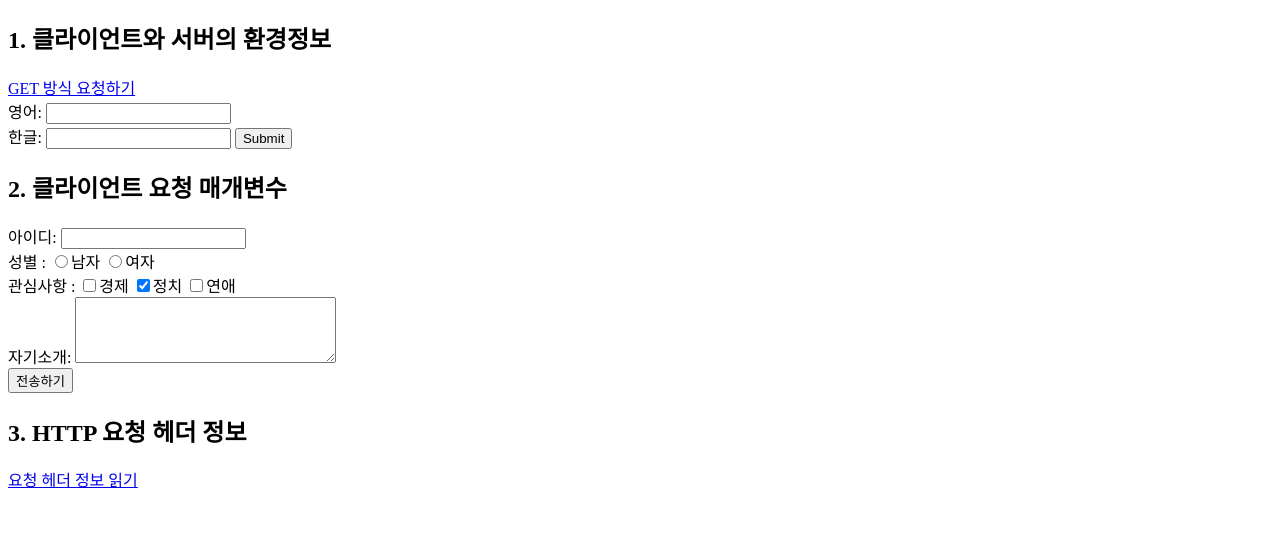
Repository: parkblacksheep/JSP-Servlet
Page: http://localhost/HelloJSP2_2/object/requestMain.jsp
The author's editor kept a copy of each file at every save. The page is drawn from the files as they stood at one save, then again after the next save.
The browser window is 1280 px wide. The pictures show the whole page.
The page is served by Tomcat 9.

Above is the page before, as saved 2024-07-25 02:56:30.

### HelloJSP2_2/src/main/webapp/object/requestMain.jsp
<%@ page language="java" contentType="text/html; charset=UTF-8"
    pageEncoding="UTF-8"%>

<!DOCTYPE html>
<html>
	<head>
		<meta charset="UTF-8">
		<title>Insert title here</title>
	</head>
	<body>
		<h2>1. 클라이언트와 서버의 환경정보 </h2>
		<a href="./requestWebInfo.jsp?eng=Hello&han=안녕"> GET 방식 요청하기</a>
		<br/>
		<form action="requestWebInfo.jsp" method="post">
		영어: <input type="text"><br>
		한글: <input type="text">
		<input type="submit" >
		</form>
		<h2>2. 클라이언트  요청 매개변수 </h2>
		<form action="post" action="requestParameter.jsp">
			아이디: <input type="text" name="id" value=""><br>
			성별 :
				<input type="radio"name="sex" value="man">남자
				<input type="radio"name="sex" value="waman">여자
				<br>
			관심사항 :
				<input type="checkbox" name="favo" value="eco">경제
				<input type="checkbox" name="favo" value="pol" checked>정치
				<input type="checkbox" name="favo" value="ent">연애 <br>
			자기소개:
				<textarea rows="4" cols="30" name="intro"></textarea>
				<br>
				<input type="submit" value="전송하기">
		</form>
		<h2>3. HTTP 요청 헤더 정보</h2>
		<a href="requestHeader.jsp">요청 헤더 정보 읽기</a>
	</body>
</html>

After the next save:
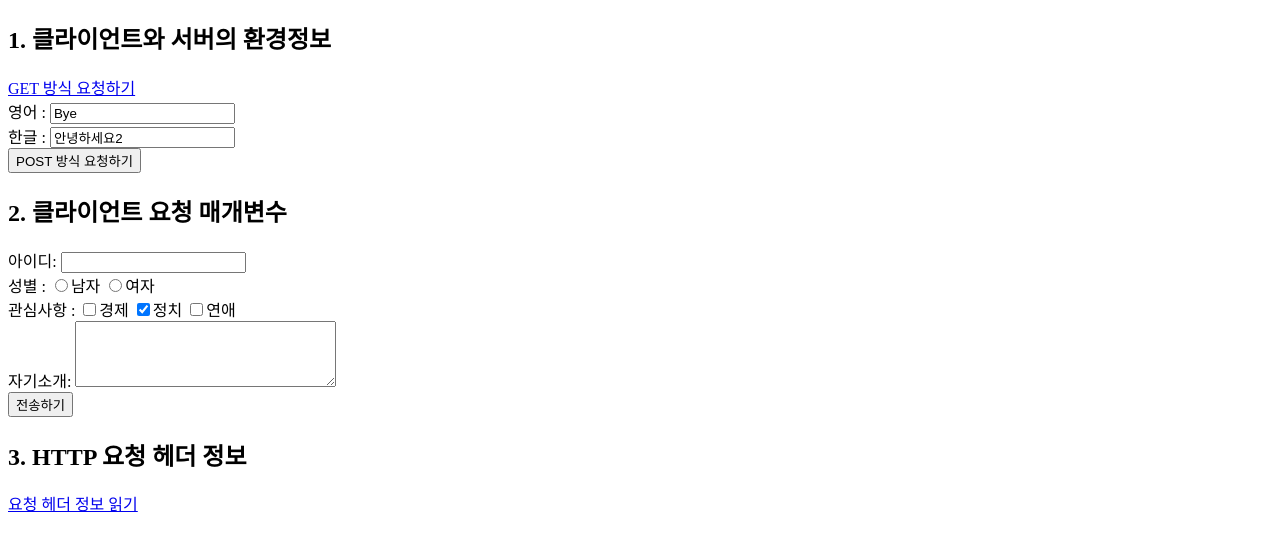
Saved 98 s later.
--- a/HelloJSP2_2/src/main/webapp/object/requestMain.jsp
+++ b/HelloJSP2_2/src/main/webapp/object/requestMain.jsp
@@ -12,9 +12,9 @@
 		<a href="./requestWebInfo.jsp?eng=Hello&han=안녕"> GET 방식 요청하기</a>
 		<br/>
 		<form action="requestWebInfo.jsp" method="post">
-		영어: <input type="text"><br>
-		한글: <input type="text">
-		<input type="submit" >
+		영어 : <input type="text" name="eng" value="Bye" /><br/>
+		한글 : <input type="text" name="han" value="안녕하세요2" /><br/>
+		<input type="submit" value="POST 방식 요청하기" />
 		</form>
 		<h2>2. 클라이언트  요청 매개변수 </h2>
 		<form action="post" action="requestParameter.jsp">
